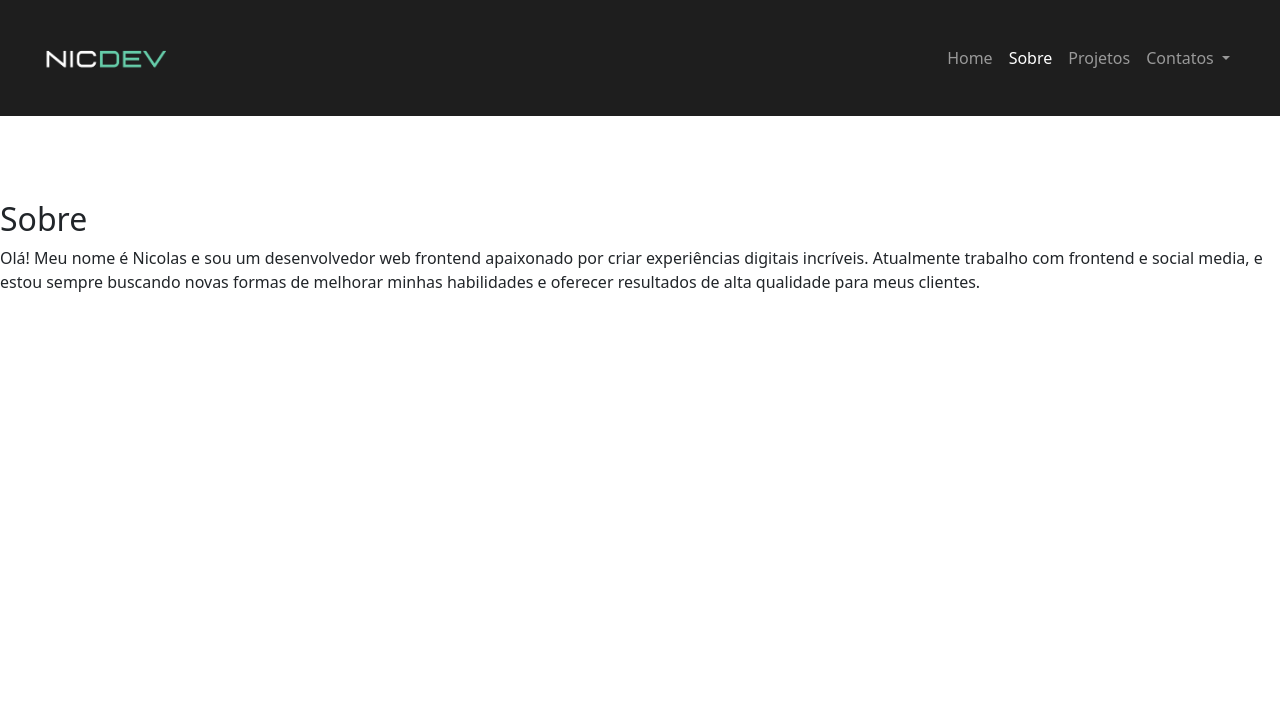
Repository: Leonngc/nicdev
Page: about.html
These files come from the project's save history. The page is drawn as it stood at one moment and after a run of saves; the edit follows.
The browser window is 1280 px wide. The pictures show the whole page.

Above is the page before, as saved 2023-04-15 13:49:59.

### about.html
<html lang="pt-br">
<head>
    <meta charset="UTF-8">
    <meta http-equiv="X-UA-Compatible" content="IE=edge">
    <meta name="viewport" content="width=device-width, initial-scale=1.0">
    <title>nicdev - Sobre</title>
    <link href="https://cdn.jsdelivr.net/npm/bootstrap@5.0.2/dist/css/bootstrap.min.css" rel="stylesheet" integrity="sha384-EVSTQN3/azprG1Anm3QDgpJLIm9Nao0Yz1ztcQTwFspd3yD65VohhpuuCOmLASjC" crossorigin="anonymous">
    <link rel="stylesheet" href="styles/scrollbar.css">
    <link rel="stylesheet" href="styles/about.css">
</head>
<body>

<header style="background-color: #1e1e1e; padding: 30px;" class="fixed-top">

        <nav class="navbar navbar-expand-lg navbar-dark">
            <div class="container-fluid">
              <a class="navbar-brand" href="index.html"><img src="images/nicdev-logo.png" alt="logo da NicDev" style="width: 130px"></a>
              <button class="navbar-toggler" type="button" data-bs-toggle="collapse" data-bs-target="#navbarNavDropdown" aria-controls="navbarNavDropdown" aria-expanded="false" aria-label="Toggle navigation">
                <span class="navbar-toggler-icon"></span>
              </button>
              <div class="collapse navbar-collapse justify-content-end" id="navbarNavDropdown">
                <ul class="navbar-nav ">
                  <li class="nav-item">
                    <a class="nav-link" href="index.html" target="_parent">Home</a>
                  </li>
                  <li class="nav-item">
                    <a class="nav-link active disabled" href="#">Sobre</a>
                  </li>
                  <li class="nav-item">
                    <a class="nav-link" href="projects.html" target="_parent">Projetos</a>
                  </li>

                  <li class="nav-item dropdown">
                    <a class="nav-link dropdown-toggle" href="#" id="navbarDropdownMenuLink" role="button" data-bs-toggle="dropdown" aria-expanded="false">
                      Contatos
                    </a>
                    <ul class="dropdown-menu" aria-labelledby="navbarDropdownMenuLink">
                      <li><a class="dropdown-item" href="#">WhatsApp <img src="images/whatsapp.png" alt="" class="redes-logo"></a></li>
                      <li><a class="dropdown-item" href="#">Email <img src="images/gmail (1).png" alt="" class="redes-logo"></a></li>
                      <li><a class="dropdown-item" href="#">Linkedin <img src="images/linkedin.png" alt="" class="redes-logo"></a></li>
                    </ul>
                  </li>
                </ul>
              </div>
            </div>
          </nav>
</header>



<main>

<h2>Sobre</h2>
<p>Olá! Meu nome é Nicolas e sou um desenvolvedor web frontend apaixonado por criar experiências digitais incríveis. Atualmente trabalho com frontend e social media, e estou sempre buscando novas formas de melhorar minhas habilidades e oferecer resultados de alta qualidade para meus clientes.</p>

</main>

    <script src="https://cdn.jsdelivr.net/npm/bootstrap@5.0.2/dist/js/bootstrap.bundle.min.js" integrity="sha384-MrcW6ZMFYlzcLA8Nl+NtUVF0sA7MsXsP1UyJoMp4YLEuNSfAP+JcXn/tWtIaxVXM" crossorigin="anonymous"></script>
</body>
</html>

### styles/scrollbar.css
body{
    overflow-x: hidden;
}
body::-webkit-scrollbar {
    width: 6px;               /* width of the entire scrollbar */
  }

  body::-webkit-scrollbar-track {
    background: rgb(5, 5, 5);        /* color of the tracking area */
  }

  body::-webkit-scrollbar-thumb {
    background-color: #4BC6B9;    /* color of the scroll thumb */
    border-radius: 20px;       /* roundness of the scroll thumb */
  }

  .redes-logo{
    width: 30px;
    padding: 6px;
  }

### styles/about.css
@import url('https://fonts.googleapis.com/css2?family=Bebas+Neue&display=swap'); /* CDN GOOGLE  FONT */
@import url('https://cdn-uicons.flaticon.com/uicons-solid-straight/css/uicons-solid-straight.css'); /* CDN ICON*/
@font-face {
    font-family: Lastica;
    src: url(../fonts/instrg.ttf)
}

*{
    max-width: 100vw;
}

:root{
 --bebas-neue : 'Bebas Neue', cursive;
}

main{
    margin-top: 200px;
    background-color: white;
}

body{
    max-width: 100vw;
    overflow-x: hide;

After the next 6 saves:
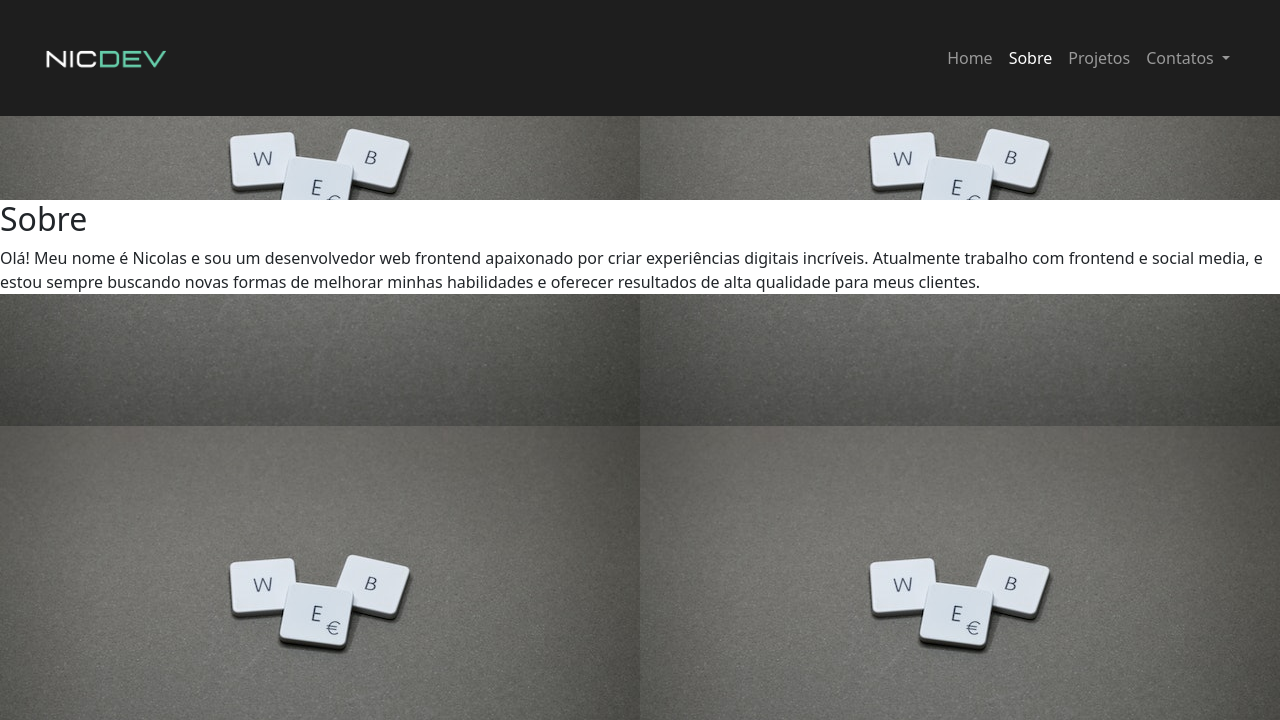
The 6 saves are shown as one change because they came seconds apart.
The last was saved 17 s later.
--- a/styles/about.css
+++ b/styles/about.css
@@ -20,4 +20,6 @@ main{
 
 body{
     max-width: 100vw;
-    overflow-x: hide;
+    overflow-x: hidden;
+    background-image: url(../images/pexels-miguel-á-padriñán-1591060.jpg);
+}
